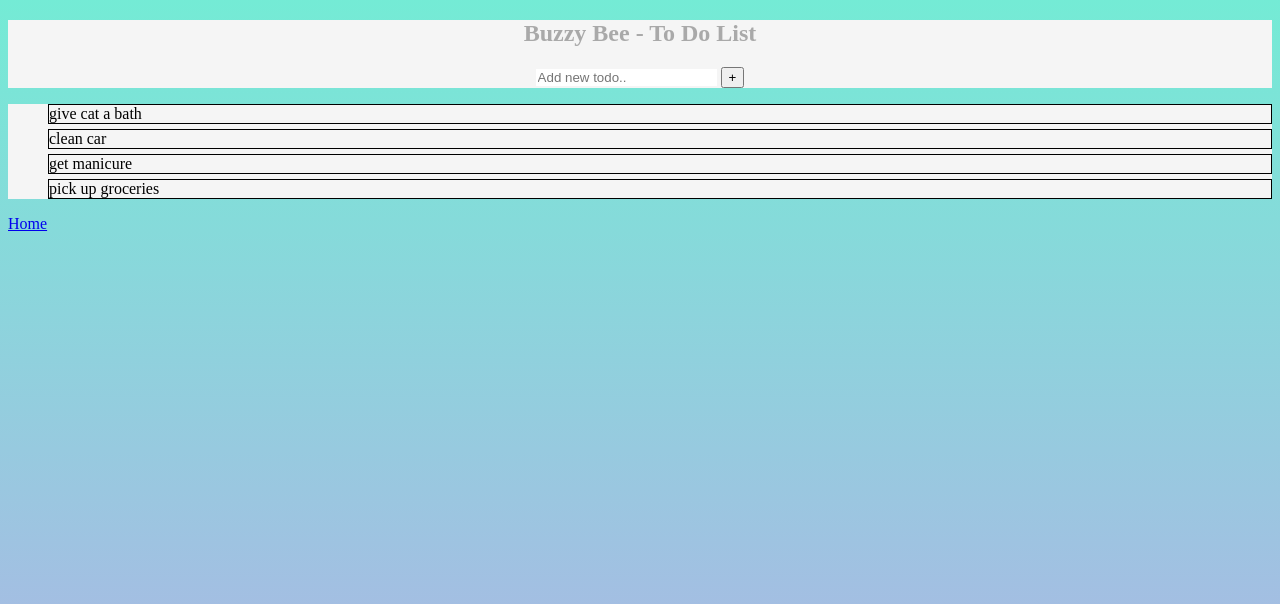
Repository: seleniadelgado/backend-spring2020-angie
Page: projects/todo/public_html/index.html
These files come from the project's save history. The page is drawn as it stood at one moment and after the next save; the edit follows.
The browser window is 1280 px wide. The pictures show the whole page.
The page's requests for data from a server got no answer.

Above is the page before, as saved 2020-05-12 16:03:15.

After the next save:
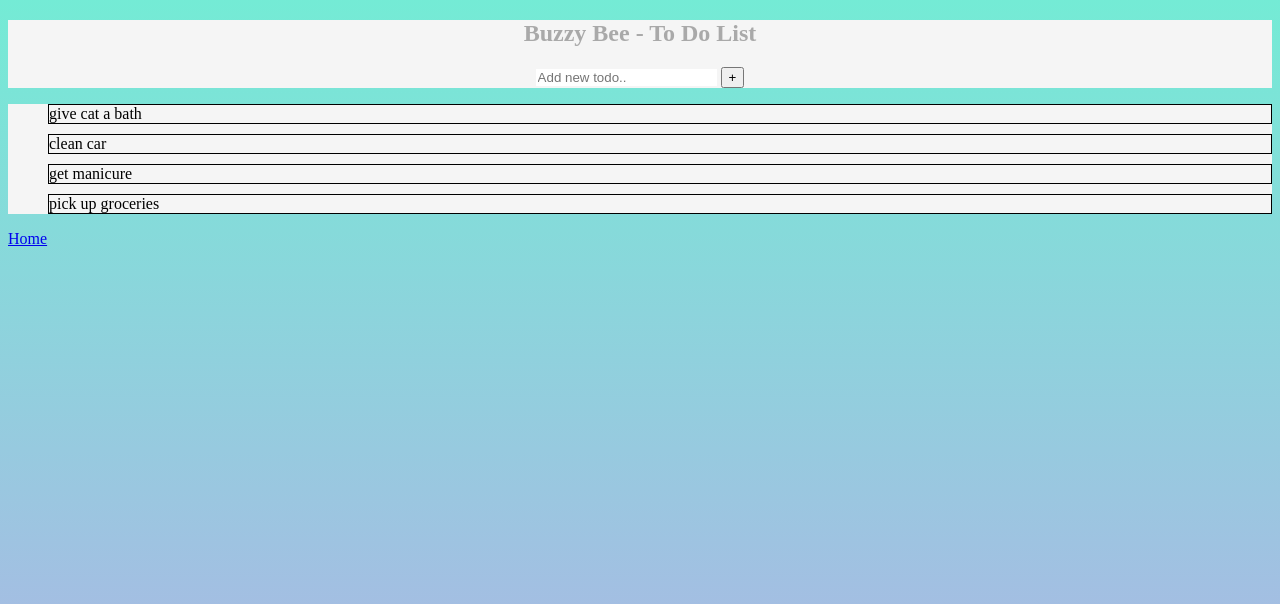
Saved 10 s later.
--- a/projects/todo/public_html/styles.css
+++ b/projects/todo/public_html/styles.css
@@ -21,5 +21,5 @@ html {
 }
 #myList li {
     border: solid black 1px;
-    margin-bottom: 5px;
+    margin-bottom: 10px;
 }
